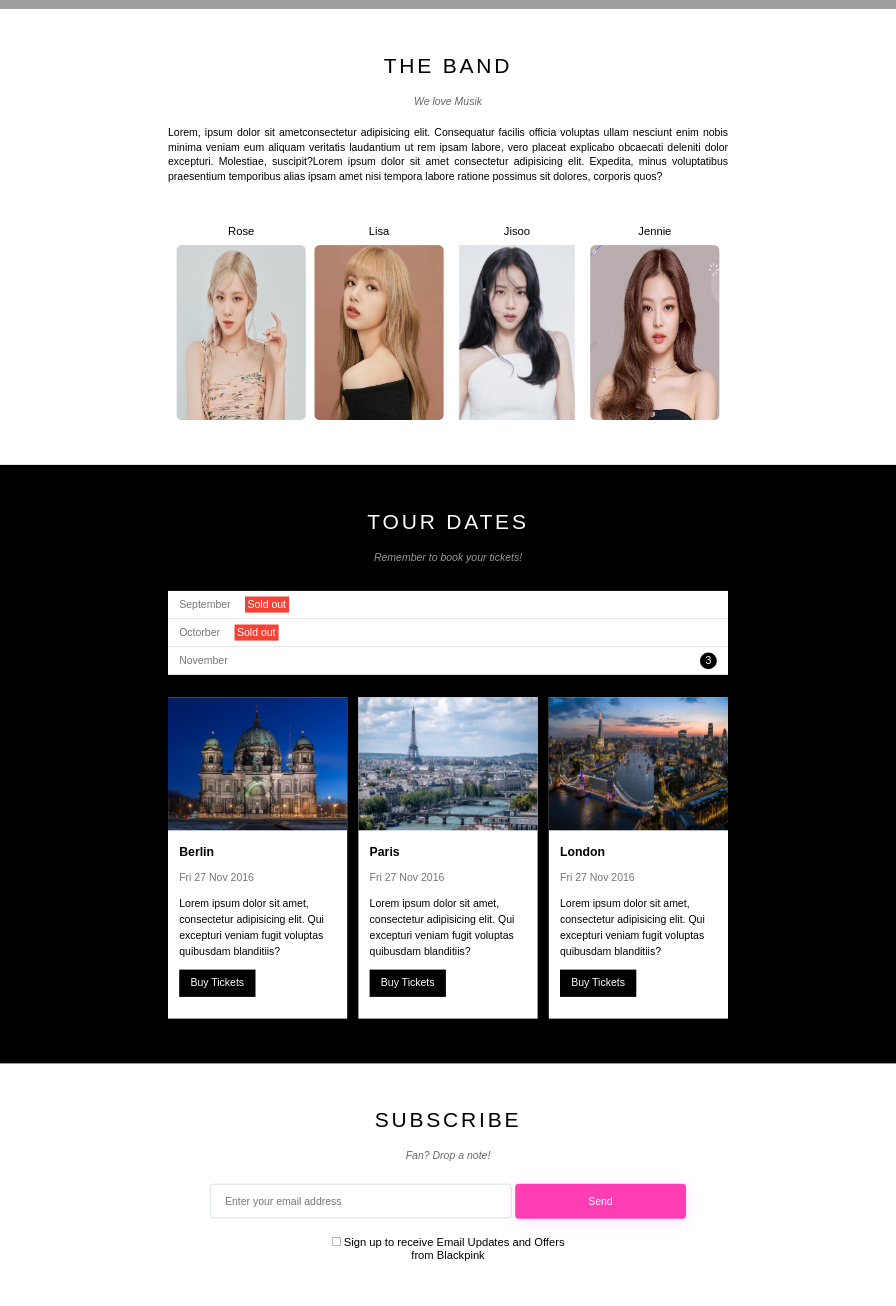
Repository: AiTrinh303/First-Project
Page: /
These files come from the project's save history. The page is drawn as it stood at one moment and after a run of saves; the edit follows.
The browser window is 1280 px wide. The pictures show the part of the page from y = 673 to 2593 px (the page is 2539 px tall before and 2593 px after), at 70% of full size.
Pictures or frames that could not be fetched are drawn as grey boxes. The project was rebuilt for these pictures with package versions that can differ from the ones it lists, and the page was loaded fresh each time.

Above is the page before, as saved 2024-01-23 10:18:45.

### index.html
<!DOCTYPE html>
<html lang="en">
<head>
    <meta charset="UTF-8">
    <meta name="viewport" content="width=device-width, initial-scale=1.0">
    <title>Singer Website</title>
    <link rel="stylesheet" href="./fonts/themify-icons-font/themify-icons/themify-icons.css">
    <link rel="stylesheet" href="./src/styles/main.css">
</head>
<body>
   <div id="main">

        <div id="header">
            <ul id="nav">
                <li><a href="">Home</a></li>
                <li><a href="">Band</a></li>
                <li><a href="">Tour</a></li>
                <li><a href="">Contact</a></li>
                <li>
                    <a href="#">
                        More
                        <i class="nav-arrown-down ti-angle-down"></i>
                     </a>
                    <ul class="subnav">
                        <li><a href="">Merchandise</a></li>
                        <li><a href="">Extras</a></li>
                        <li><a href="">Media</a></li>
                    </ul>
                </li>
            </ul>

            <div class="search-btn">
                <i class="search-icon ti-search"></i>

            </div>
        </div>

        <div id="slider">

            <div class="text-content">
                <h2 class="text-heading">Black Pink</h2>
                <p class="text-description">Lorem ipsum dolor, sit amet consectetur adipisicing elit. Harum, nemo!</p>
            </div>

        </div>

        <div id="content">
            <!-- About Section -->
            <div class="content-section">
                <h2 class="section-heading">THE BAND</h2>
                <p class="section-sub-heading">We love Musik</p>
                <p class="about-text">Lorem, ipsum dolor sit ametconsectetur adipisicing elit. Consequatur facilis officia voluptas ullam nesciunt enim nobis minima veniam eum aliquam veritatis laudantium ut rem ipsam labore, vero placeat explicabo obcaecati deleniti dolor excepturi. Molestiae, suscipit?Lorem ipsum dolor sit amet consectetur adipisicing elit. Expedita, minus voluptatibus praesentium temporibus alias ipsam amet nisi tempora labore ratione possimus sit dolores, corporis quos?</p>

                <div class="members-list">
                    <div class="member-item">
                        <p class="member-name">Rose</p>
                        <img src="./src/img/rose.png " alt="Rose" class="member-img" >
                    </div>

                    <div class="member-item">
                        <p class="member-name">Lisa</p>
                        <img src="./src/img/Lisa2.jpg" alt="Lisa" class="member-img" >
                    </div>

                    <div class="member-item">
                        <p class="member-name">Jisoo</p>
                        <img src="./src/img/jisoo.jpeg" alt="Jisoo" class="member-img" >
                    </div>

                    <div class="member-item">
                        <p class="member-name">Jennie</p>
                        <img src="./src/img/Jennie.jpg" alt="Jennie" class="member-img" >
                    </div>
                </div>
            </div>

            <!-- Tour Section -->
            <div class="tour-section">

                <div class="content-section">
                    <h2 class="section-heading text-white">TOUR DATES</h2>
                    <p class="section-sub-heading text-white">Remember to book your tickets!</p>

                    <ul class="tickets-list">
                        <li>September <span class="sold-out">Sold out</span></li>
                        <li>Octorber <span class="sold-out">Sold out</span></li>
                        <li>November <span class="quantity">3</span></li>
                    </ul>

                    <div class="places-list">
                        <div class="place-item">
                            <img src="./src/img/Berlin.jpg" alt="Berlin" class="place-img" >
                            <div class="place-body">
                                <h3 class="place-heading">Berlin</h3>
                                <p class="place-time">Fri 27 Nov 2016</p>
                                <p class="place-desc">Lorem ipsum dolor sit amet, consectetur adipisicing elit. Qui excepturi veniam fugit voluptas quibusdam blanditiis?</p>
                                <a href="#" class="place-btn">Buy Tickets</a>
                            </div>
                        </div>

                        <div class="place-item">
                            <img src="./src/img/Paris.jpg" alt="Paris" class="place-img" >
                            <div class="place-body">
                                <h3 class="place-heading">Paris</h3>
                                <p class="place-time">Fri 27 Nov 2016</p>
                                <p class="place-desc">Lorem ipsum dolor sit amet, consectetur adipisicing elit. Qui excepturi veniam fugit voluptas quibusdam blanditiis?</p>
                                <a href="#" class="place-btn">Buy Tickets</a>
                            </div>
                        </div>

                        <div class="place-item">
                            <img src="./src/img/London.jpeg" alt="London" class="place-img">
                            <div class="place-body">
                                <h3 class="place-heading">London</h3>
                                <p class="place-time">Fri 27 Nov 2016</p>
                                <p class="place-desc">Lorem ipsum dolor sit amet, consectetur adipisicing elit. Qui excepturi veniam fugit voluptas quibusdam blanditiis?</p>
                                <a href="#" class="place-btn">Buy Tickets</a>
                            </div>
                        </div>
                    </div>
                </div>

            </div>

            <!-- Contact Section -->
            <!-- Contact -->
            <div id="contact">
                <div class="content-section">
                    <h2 class="section-heading">SUBSCRIBE</h2>
                    <p class="section-sub-heading">Fan? Drop a note!</p>
                    <div class="form-wrap">

                        <div class="form">
                            <input type="email" class="form__email" placeholder="Enter your email address" />
                            <button class="form__button">Send</button>
                        </div>
                        <div class="notice">
                            <input type="checkbox">
                            <span class="notice__copy">Sign up to receive Email Updates and Offers from Blackpink</span>
                        </div>

                    </div>
                </div>
            </div>






        <div id="footer">

        </div>

   </div>
</body>
</html>

### src/styles/main.css
* {
  padding: 0;
  margin: 0;
  box-sizing: border-box;
}

html {
  scroll-behavior: smooth;
  font-family: Arial, Helvetica, sans-serif;
}

.text-white {
  color: white;
}

#header {
  height: 46px;
  background-color: #000;
  position: fixed;
  top: 0;
  left: 0;
  right: 0;
  z-index: 1;
}

#nav {
  display: inline-block;
}

#nav, .subnav {
  list-style: none;
}

#nav > li {
  display: inline-block;
}

#nav li {
  position: relative;
}

#nav > li > a {
  color: #fff;
  text-transform: uppercase;
}

#nav li a {
  color: #fff;
  text-decoration: none;
  line-height: 46px;
  padding: 0 24px;
  display: block;
}

#nav li:hover .subnav {
  display: block;
}

#nav > li:hover > a,
#nav .subnav li:hover a {
  color: #000;
  background-color: #ccc;
}

#nav .subnav {
  display: none;
  min-width: 160px;
  position: absolute;
  background-color: #fff;
  box-shadow: 0 0 10px rgba(0, 0, 0, 0.3);
  top: 100%;
  left: 0;
}

#nav .nav-arrown-down {
  font-size: 14px;
}

#nav .subnav a {
  color: #000;
  padding: 0 12px;
  line-height: 38px;
}

#header .search-btn {
  float: right;
  padding: 0 21px;
}

#header .search-btn:hover {
  background-color: #f44336;
  cursor: pointer;
}

#header .search-icon {
  color: #fff;
  font-size: 20px;
  line-height: 46px;
}

#slider {
  position: relative;
  margin-top: 46px;
  padding-top: 50%;
  background: url("../img/slider-1.jpg") center/100% no-repeat;
}

#slider .text-content {
  position: absolute;
  bottom: 47px;
  color: #fff;
  width: 100%;
  text-align: center;
}

#slider .text-heading {
  font-weight: 500;
  font-size: 24px;
}

#slider .text-decoration {
  font-size: 15px;
  margin-top: 25px;
}

#content .content-section {
  width: 800px;
  padding: 64px 0;
  margin-left: auto;
  margin-right: auto;
}

#content .section-heading {
  font-size: 30px;
  font-weight: 500;
  letter-spacing: 4px;
  text-align: center;
}

#content .section-sub-heading {
  font-size: 15px;
  margin-top: 25px;
  text-align: center;
  font-style: italic;
  opacity: 0.6;
}

#content .about-text {
  margin-top: 25px;
  font-size: 15px;
  text-align: justify;
  line-height: 1.4;
}

#content .member-item {
  display: flex;
  flex-direction: column;
  align-items: center;
}

#content .member-name {
  line-height: 2.5;
}

#content .members-list {
  margin-top: 48px;
  display: flex;
  justify-content: space-evenly;
}

#content .member-img {
  width: 185px;
  min-height: 250px;
  border-radius: 8px;
}

.tour-section {
  background: #000;
}

.tickets-list {
  background-color: #fff;
  margin-top: 40px;
}

.tickets-list li {
  font-size: 15px;
  color: #757575;
  padding: 11px 16px;
  border-bottom: 1px solid #ddd;
  list-style-type: none;
}

.tickets-list .sold-out {
  background-color: #f44336;
  color: #fff;
  padding: 3px 4px;
  margin-left: 16px;
}

.tickets-list .quantity {
  float: right;
  width: 24px;
  height: 24px;
  background-color: #000;
  color: #fff;
  border-radius: 50%;
  text-align: center;
  line-height: 24px;
  margin-top: -3px;
}

.places-list {
  display: flex;
  gap: 16px;
  justify-content: space-between;
  margin-top: 32px;
}

.places-list .place-item {
  background-color: #fff;
}

.places-list .place-img {
  width: 100%;
  height: 190px;
}

.places-list .place-img:hover {
  opacity: 0.6;
  cursor: pointer;
}

.places-list .place-body {
  padding: 15px 16px;
  min-height: 205px;
  font-size: 15px;
  line-height: 22.5px;
}

.place-body .place-heading {
  font-weight: 700;
}

.place-body .place-time {
  margin: 15px 0;
  color: #757575;
}

.place-body .place-btn {
  align-items: flex-start;
  background-color: #000;
  display: inline-block;
  font-size: 15px;
  line-height: 22.5px;
  margin: 15px 0px 16px 0px;
  padding: 8px 16px;
  text-align: center;
  color: #fff;
  text-decoration: none;
}

.place-body .place-btn:hover {
  color: #000;
  background-color: #ccc;
}


/* contact form */

.form-wrap{

  margin-top: 32px;
  text-align: center;
  display: flex;
  flex-direction: column;
  align-items: center;

}
.form {
margin-bottom: 25px;
}

.form__email {
padding: 15px 20px;
border-radius: 5px;
border: 1px solid #CAD3DB;
width: 431px;
font-size: 15px;
color: #0F121F;
}

.form__email:focus {
outline: 1px solid #ff3db5;
}

.form__button {
background: #ff3db5;
padding: 5px;
border: none;
width: 244px;
height: 50px;
border-radius: 5px;
font-size: 15px;
color: white;
box-shadow: 0 4px 20px rgba(254, 216, 255, 0.7);
}

.form__button:hover {
box-shadow: 0 10px 20px rgba(254, 216, 255, 0.7);
}

.notice {
width: 345px;
}



#footer{

}

Loaded but not shown: fonts/themify-icons-font/themify-icons/themify-icons.css (common file)

After the next 2 saves:
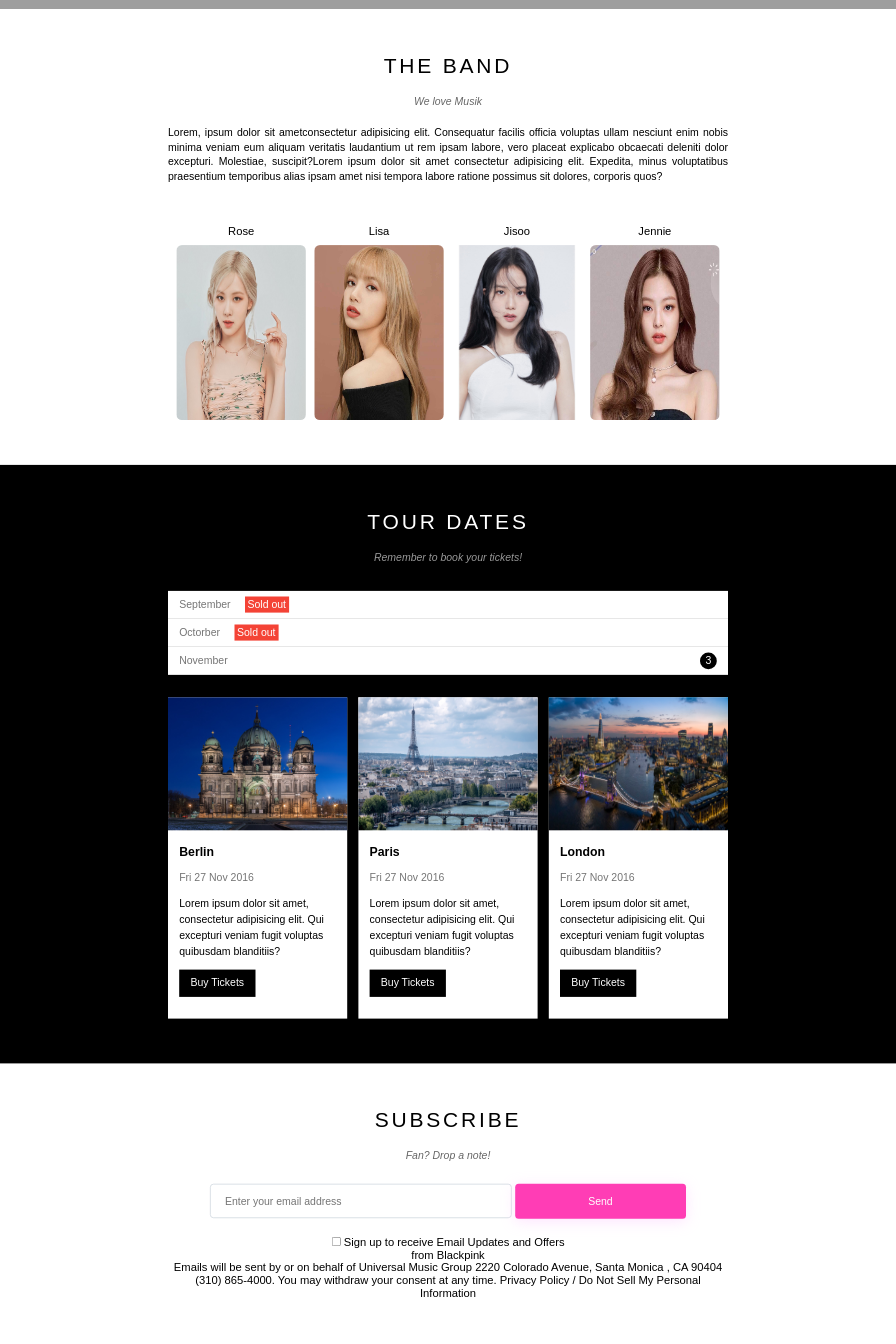
The 2 saves are shown as one change because they came seconds apart.
The last was saved 33 s later.
--- a/index.html
+++ b/index.html
@@ -138,7 +138,7 @@
                             <input type="checkbox">
                             <span class="notice__copy">Sign up to receive Email Updates and Offers from Blackpink</span>
                         </div>
-
+                        <p>Emails will be sent by or on behalf of Universal Music Group 2220 Colorado Avenue, Santa Monica , CA 90404 (310) 865-4000. You may withdraw your consent at any time. Privacy Policy / Do Not Sell My Personal Information</p>
                     </div>
                 </div>
             </div>
